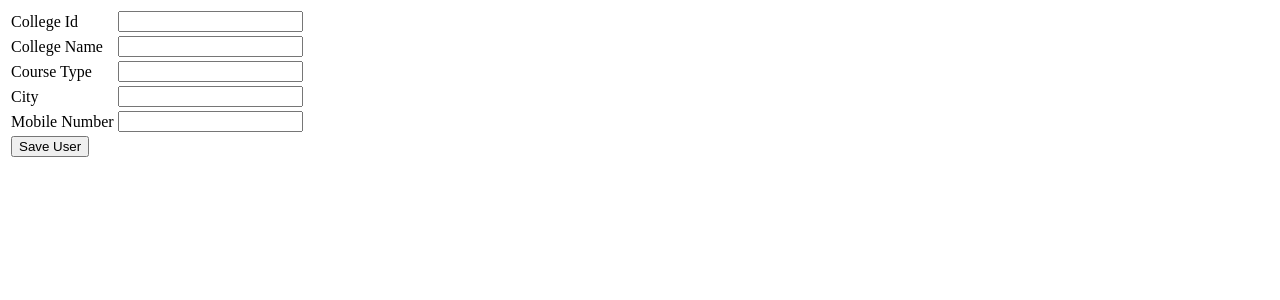
Repository: aamir5773/ServletJsp
Page: http://localhost/ProfessionalCollegee/Registercollege.jsp
An editor plug-in stored every save of this project. The page is shown before and after the next save, followed by the edit.
The browser window is 1280 px wide. The pictures show the whole page.
The page is served by Tomcat 9. Other server files are loaded and not shown.

Above is the page before, as saved 2019-11-01 10:52:04.

### ProfessionalCollegee/WebContent/Registercollege.jsp
<%@ page language="java" contentType="text/html; charset=ISO-8859-1"
    pageEncoding="ISO-8859-1"%>
<!DOCTYPE html PUBLIC "-//W3C//DTD HTML 4.01 Transitional//EN" "http://www.w3.org/TR/html4/loose.dtd">
<html>
<head>
<meta http-equiv="Content-Type" content="text/html; charset=ISO-8859-1">
<title>Register College</title>
</head>
<body>

	<form action="add.do" id="frm" method="post">
		<table>
			<tr>
				<td>College Id</td>
				<td><input type="number" name="cid" id="cid"></td>
			</tr>
			<tr>
				<td>College Name</td>
				<td><input type="text" name="cname" id="cname"></td>
			</tr>
			<tr>
				<td>Course Type</td>
				<td><input type="text" name="ctype" id="ctype"></td>
			</tr>
			<tr>
				<td>City</td>
				<td><input type="text" name="city" id="city"></td>
			</tr>
			<tr>
				<td>Mobile Number</td>
				<td><input type="text" name="mobilenumber" id="mobilenumber"></td>
			</tr>
			<tr>
				<td colspan="2"><input type="button" value="Save User" onclick="validateUser();"></td>
			</tr>
		</table>
	</form>



</body>
</html>

After the next save:
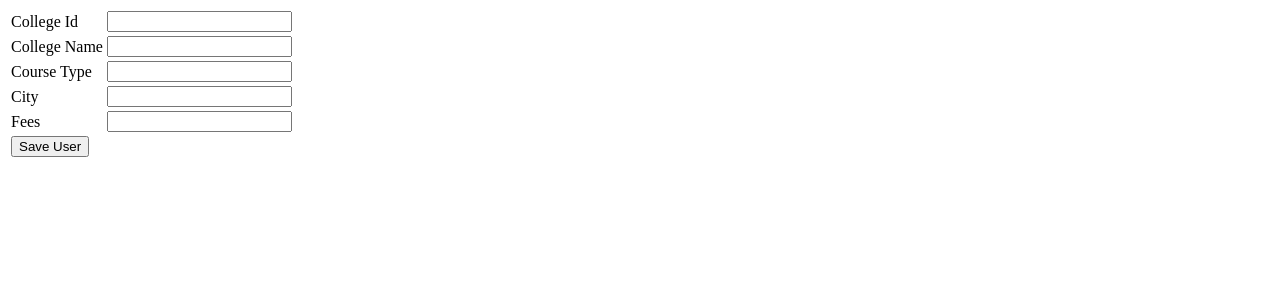
Saved 15 s later.
--- a/ProfessionalCollegee/WebContent/Registercollege.jsp
+++ b/ProfessionalCollegee/WebContent/Registercollege.jsp
@@ -27,7 +27,7 @@
 				<td><input type="text" name="city" id="city"></td>
 			</tr>
 			<tr>
-				<td>Mobile Number</td>
+				<td>Fees</td>
 				<td><input type="text" name="mobilenumber" id="mobilenumber"></td>
 			</tr>
 			<tr>
